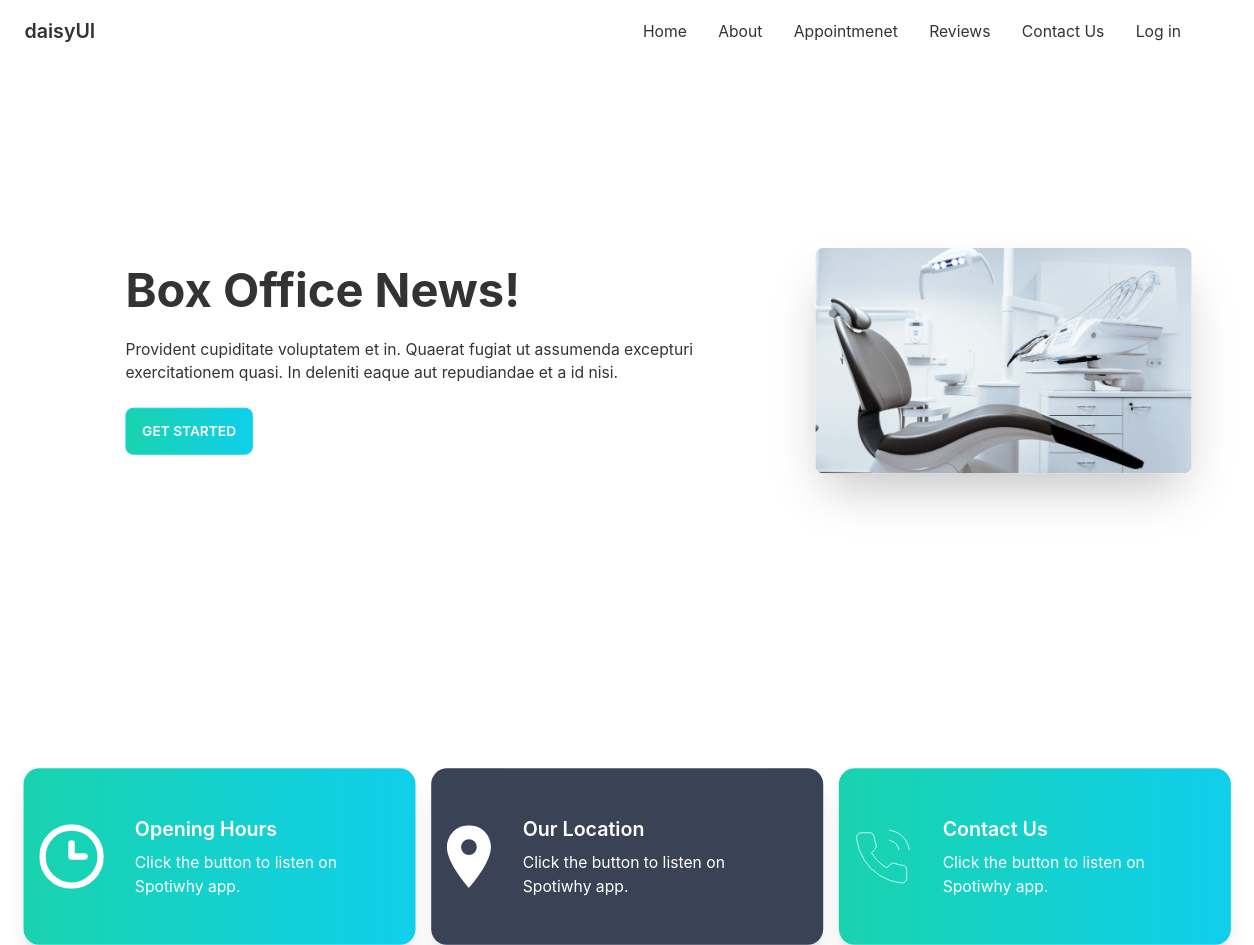
Repository: Tanvir3744/Doctors-client-website
Page: /
The author's editor kept a copy of each file at every save. The page is drawn from the files as they stood at one save, then again after the next save.
The browser window is 1280 px wide. The pictures show the whole page, at 98% of full size.
The project was rebuilt for these pictures with package versions that can differ from the ones it lists, and the page was loaded fresh each time. Also part of the build but not shown: src/Pages/About/About.js, src/Pages/Login/Login.js, src/Pages/NotFound/NotFound.js.

Above is the page before, as saved 2022-05-25 17:53:57.

### src/App.js
import { Routes, Route } from 'react-router-dom'
import About from './Pages/About/About';
import Home from './Pages/Home/Home';
import Login from './Pages/Login/Login';
import NotFound from './Pages/NotFound/NotFound';
import Navbar from './Pages/Shared/Navbar';
function App() {
  return (
    <div className="App">
      <Navbar></Navbar>
      <Routes>
        <Route path='/' element={<Home />}></Route>
        <Route path='/home' element={<Home />}></Route>
        <Route path='/about' element={<About />}></Route>
        <Route path='/login' element={<Login />}></Route>
        <Route path='*' element={<NotFound />}></Route>
      </Routes>
    </div>
  );
}

export default App;

### src/Pages/Home/Home.js
import React from 'react';
import InfoCards from '../../components/InfoCards';
import Banner from './Banner/Banner';

const Home = () => {
    return (
        <div>
            <Banner />
            <InfoCards />
        </div>
    );
};

export default Home;

### src/Pages/Shared/Navbar.js
import React from 'react';
import { Link } from 'react-router-dom';

const Navbar = () => {
    //menu items stored here
    const menuItems = <>
        <li><Link to="/">Home</Link></li>
        <li><Link to="/about">About</Link></li>
        <li><Link to="/appointment">Appointmenet</Link></li>
        <li><Link to="/reviews">Reviews</Link></li>
        <li><Link to="/contact">Contact Us</Link></li>
        <li><Link to="/login">Log in </Link></li>
    </>
    return (
        <div>
            <div class="navbar bg-base-100">
                <div class="navbar-start">
                    <div class="dropdown">
                        <label tabindex="0" class="btn btn-ghost lg:hidden">
                            <svg xmlns="http://www.w3.org/2000/svg" class="h-5 w-5" fill="none" viewBox="0 0 24 24" stroke="currentColor"><path stroke-linecap="round" stroke-linejoin="round" stroke-width="2" d="M4 6h16M4 12h8m-8 6h16" /></svg>
                        </label>
                        <ul tabindex="0" class="menu menu-compact dropdown-content mt-3 p-2 shadow bg-base-100 rounded-box w-52">
                           {menuItems}
                        </ul>
                    </div>
                    <Link to='/' class="btn btn-ghost normal-case text-xl">daisyUI</Link>
                </div>
                <div class="navbar-center hidden lg:flex">
                    <ul class="menu menu-horizontal p-0">
                        {menuItems}
                    </ul>
                </div>
            </div>
        </div>
    );
};

export default Navbar;

### src/components/InfoCards.js
import React from 'react';
import ChildInfoCards from './ChildInfoCards';
import Clock from './../assets/icons/clock.svg'
import Marker from './../assets/icons/marker.svg'
import Phone from './../assets/icons/phone.svg'
const InfoCards = () => {

    return (
        <div className='grid px-6 grid-cols-1 lg:grid-cols-3 gap-4'>
            <ChildInfoCards bgClass='bg-gradient-to-r from-secondary to-primary' cardTitle='Opening Hours' img={Clock} />
            <ChildInfoCards bgClass='bg-warning' cardTitle='Our Location' img={Marker} />
            <ChildInfoCards bgClass='bg-gradient-to-r from-secondary to-primary' cardTitle='Contact Us' img={Phone} />
        </div>
    );
};

export default InfoCards;

### src/Pages/Home/Banner/Banner.js
import React from 'react';
import chair from '../../../assets/images/chair.png'
const Banner = () => {
    return (
        <div className='px-12'>
            <div class="hero min-h-screen conatiner mx-auto">
                <div class="hero-content flex-col lg:flex-row-reverse -mt-28">
                    <img src={chair} class="max-w-sm rounded-lg shadow-2xl " />
                    <div className='px-16'>
                        <h1 class="text-5xl font-bold">Box Office News!</h1>
                        <p class="py-6">Provident cupiditate voluptatem et in. Quaerat fugiat ut assumenda excepturi exercitationem quasi. In deleniti eaque aut repudiandae et a id nisi.</p>
                        <button class="btn btn-primary text-white rounded-lg bg-gradient-to-r from-secondary to-primary">Get Started</button>
                    </div>
                </div>
            </div>
        </div>
    );
};

export default Banner;

### src/components/ChildInfoCards.js
import React from 'react';

const ChildInfoCards = (props) => {
    const {img, cardTitle, bgClass} = props;
    return (
        <div className='container'>
            <div className={`card lg:card-side shadow-xl p-4 pl-4  ${bgClass}`}>
                <figure><img src={img} alt="Info cards" /></figure>
                <div class="card-body text-white">
                    <h2 class="card-title">{cardTitle}</h2>
                    <p>Click the button to listen on Spotiwhy app.</p>
                </div>
            </div>
        </div>
    );
};

export default ChildInfoCards;

### tailwind.config.js
module.exports = {
  content: ["./src/**/*.{html,js}"],
  theme: {
    extend: {},
  },
  daisyui: {
    themes: [
      {

        mytheme: {
          primary: "#0FCFEC",
          secondary: "#19D3AE",
          neutral: "#3d4451",
          warning : "#3A4256",
          accent: "#37cdbe",
          "base-100": "#ffffff",
        },
      },
      "cupcake",
    ],
  },
  plugins: [require("daisyui")],
}

Loaded but not shown: public/index.html (common file); src/index.js (common file); src/index.css (common file); src/reportWebVitals.js (common file)

After the next save:
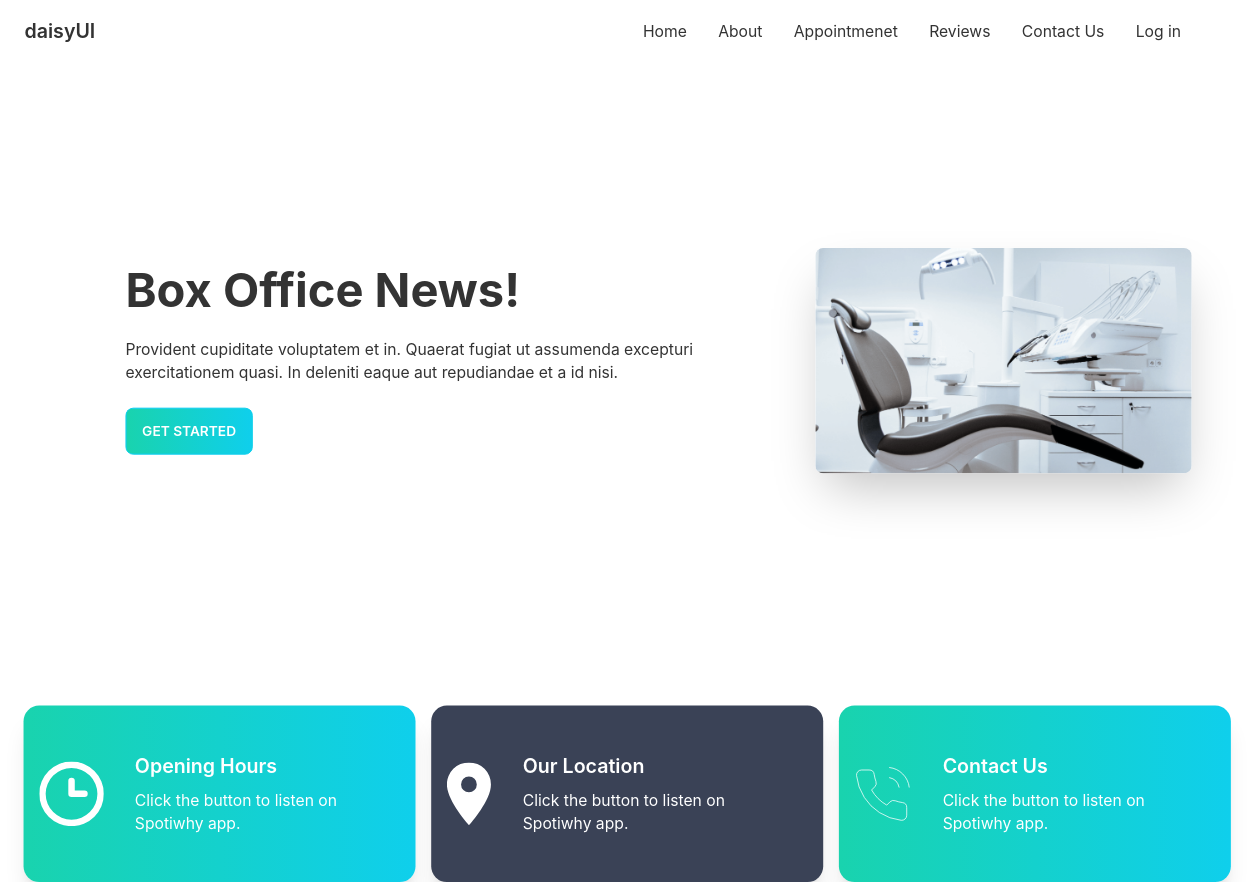
Saved 30 s later.
--- a/src/components/InfoCards.js
+++ b/src/components/InfoCards.js
@@ -6,7 +6,7 @@
 const InfoCards = () => {
 
     return (
-        <div className='grid px-6 grid-cols-1 lg:grid-cols-3 gap-4'>
+        <div className='grid px-6 grid-cols-1 lg:grid-cols-3 gap-4 -mt-16'>
             <ChildInfoCards bgClass='bg-gradient-to-r from-secondary to-primary' cardTitle='Opening Hours' img={Clock} />
             <ChildInfoCards bgClass='bg-warning' cardTitle='Our Location' img={Marker} />
             <ChildInfoCards bgClass='bg-gradient-to-r from-secondary to-primary' cardTitle='Contact Us' img={Phone} />

After the save that followed:
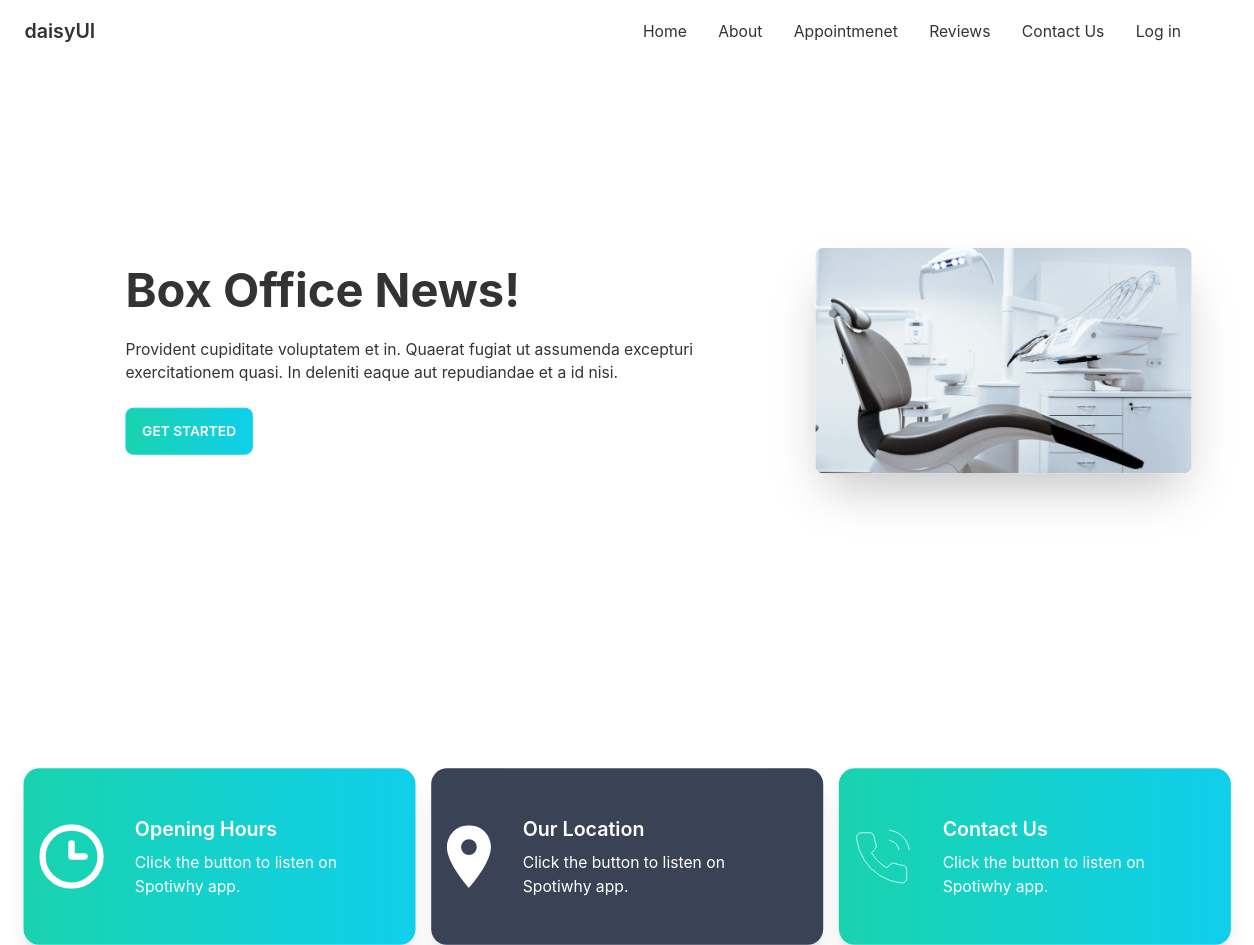
Saved 9 s later.
--- a/src/components/InfoCards.js
+++ b/src/components/InfoCards.js
@@ -6,7 +6,7 @@
 const InfoCards = () => {
 
     return (
-        <div className='grid px-6 grid-cols-1 lg:grid-cols-3 gap-4 -mt-16'>
+        <div className='grid px-6 grid-cols-1 lg:grid-cols-3 gap-4 -mt-18'>
             <ChildInfoCards bgClass='bg-gradient-to-r from-secondary to-primary' cardTitle='Opening Hours' img={Clock} />
             <ChildInfoCards bgClass='bg-warning' cardTitle='Our Location' img={Marker} />
             <ChildInfoCards bgClass='bg-gradient-to-r from-secondary to-primary' cardTitle='Contact Us' img={Phone} />
